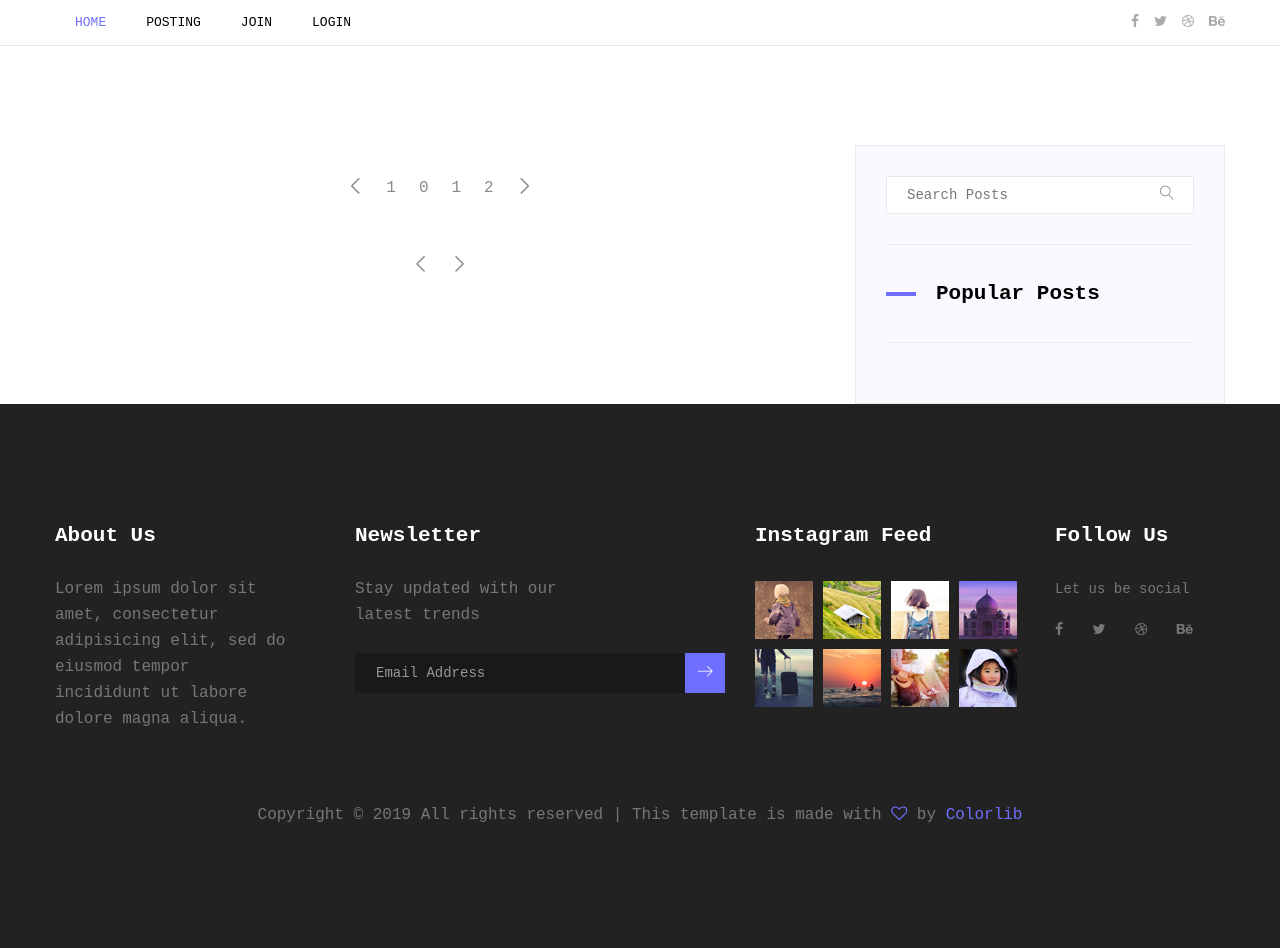
Repository: heonyKim/JSP
Page: http://localhost/blog/board?cmd=list&page=1
An editor plug-in stored every save of this project. The page is shown before and after the next save, followed by the edit.
The browser window is 1280 px wide. The pictures show the whole page.
Some web fonts or font styles are not loaded; a fallback is used. The page is served by Tomcat 9. Queries for data that is not in the repository find no rows.

Above is the page before, as saved 2019-11-01 00:24:54.

After the next save:
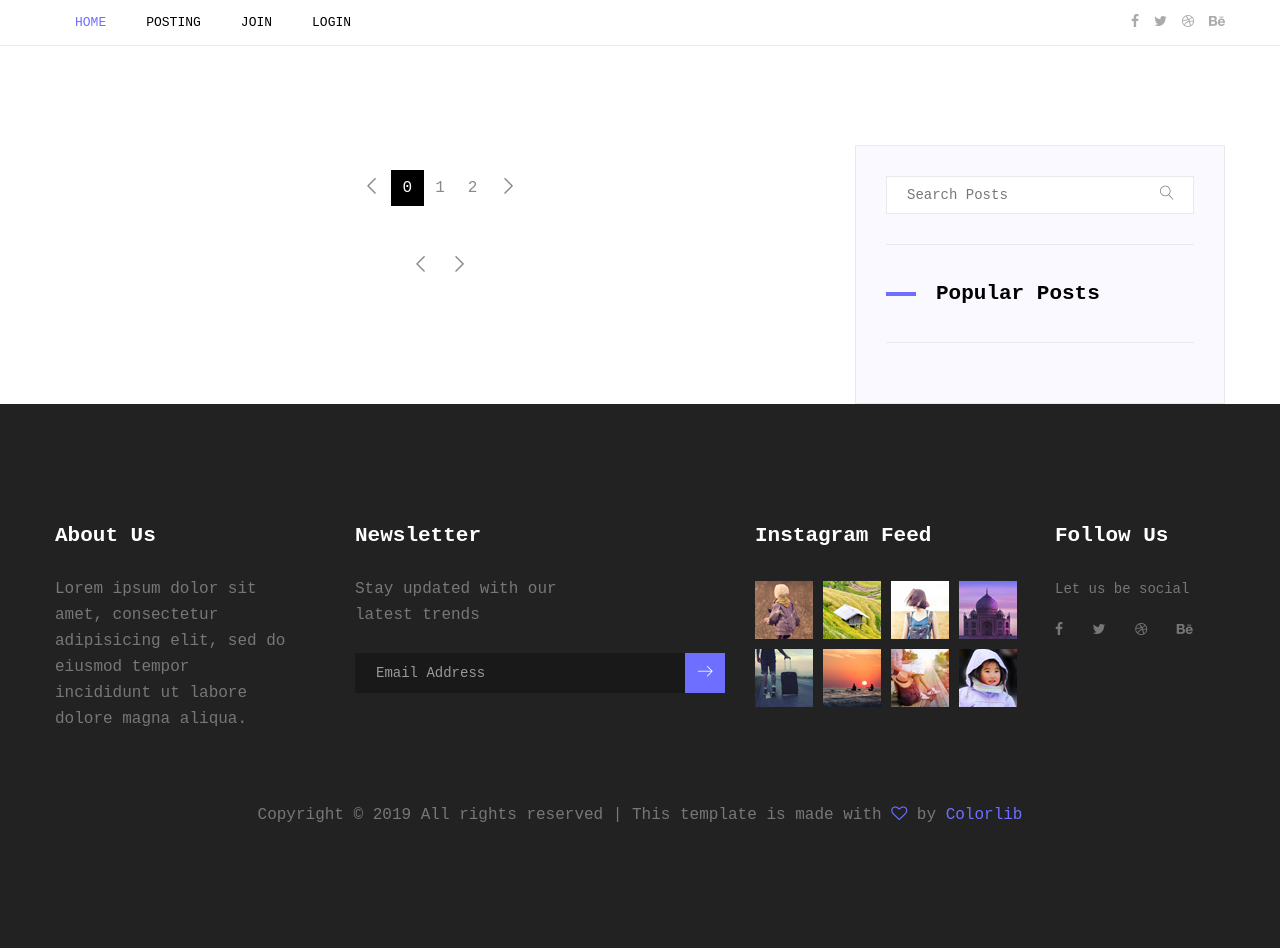
Saved 27 s later.
--- a/blog_project/blog/WebContent/board/list.jsp
+++ b/blog_project/blog/WebContent/board/list.jsp
@@ -19,8 +19,7 @@
 							<li class="page-item"><a href="/blog/board?cmd=list&page=${param.page-1}" class="page-link" aria-label="Previous"> <span aria-hidden="true"> <span class="lnr lnr-chevron-left"></span>
 								</span>
 							</a></li>
-						<li class="page-item"><a href="#" class="page-link active">1</a></li>
-						<li class="page-item"><a href="#" class="page-link">${param.page-1}</a></li>
+						<li class="page-item active"><a href="#" class="page-link">${param.page-1}</a></li>
 						<li class="page-item"><a href="#" class="page-link">${param.page}</a></li>
 						<li class="page-item"><a href="#" class="page-link">${param.page+1}</a></li>
 
